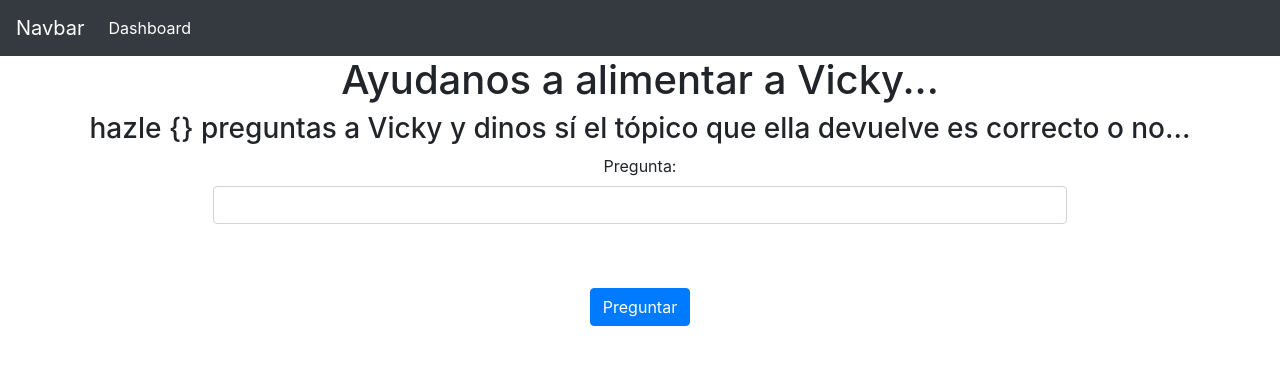
Repository: Crixtiancub/feedback_Vicky
Page: http://localhost/
These files come from the project's save history. The page is drawn as it stood at one moment and after the next save; the edit follows.
The browser window is 1280 px wide. The pictures show the whole page.
The page is served by the project's application, run on Django 3.2 (manage.py).

Above is the page before, as saved 2021-04-29 08:56:51.

After the next save:
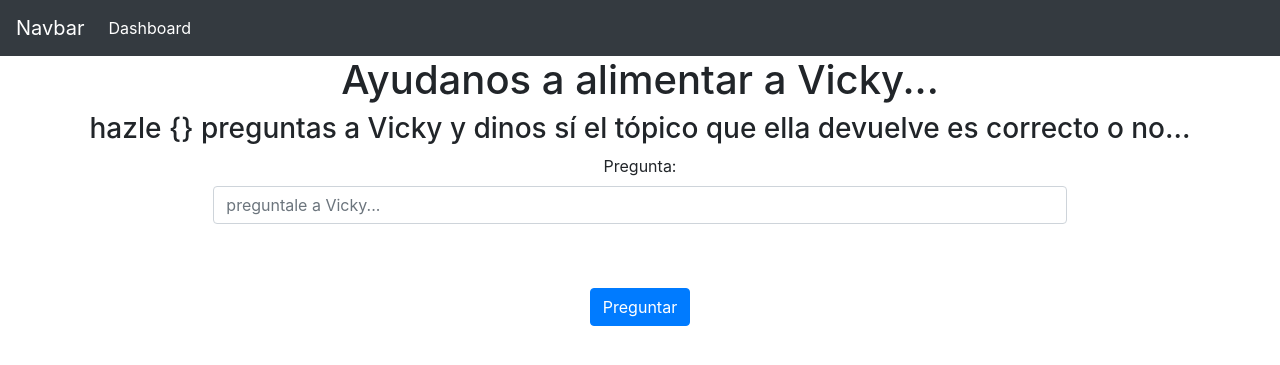
Saved 42 s later.
--- a/vicky/templates/dashboard.html
+++ b/vicky/templates/dashboard.html
@@ -16,7 +16,7 @@
 
             <input type="text" id="txt_pregunta_Vicky"
             name="pregunta_Vicky" class="col-sm-8 form-control"
-            aria-placeholder="preguntale a Vicky..."><br><br>
+            placeholder="preguntale a Vicky..."><br><br>
         </div>
 
         <input type="submit" class="btn btn-primary" value="Preguntar">
